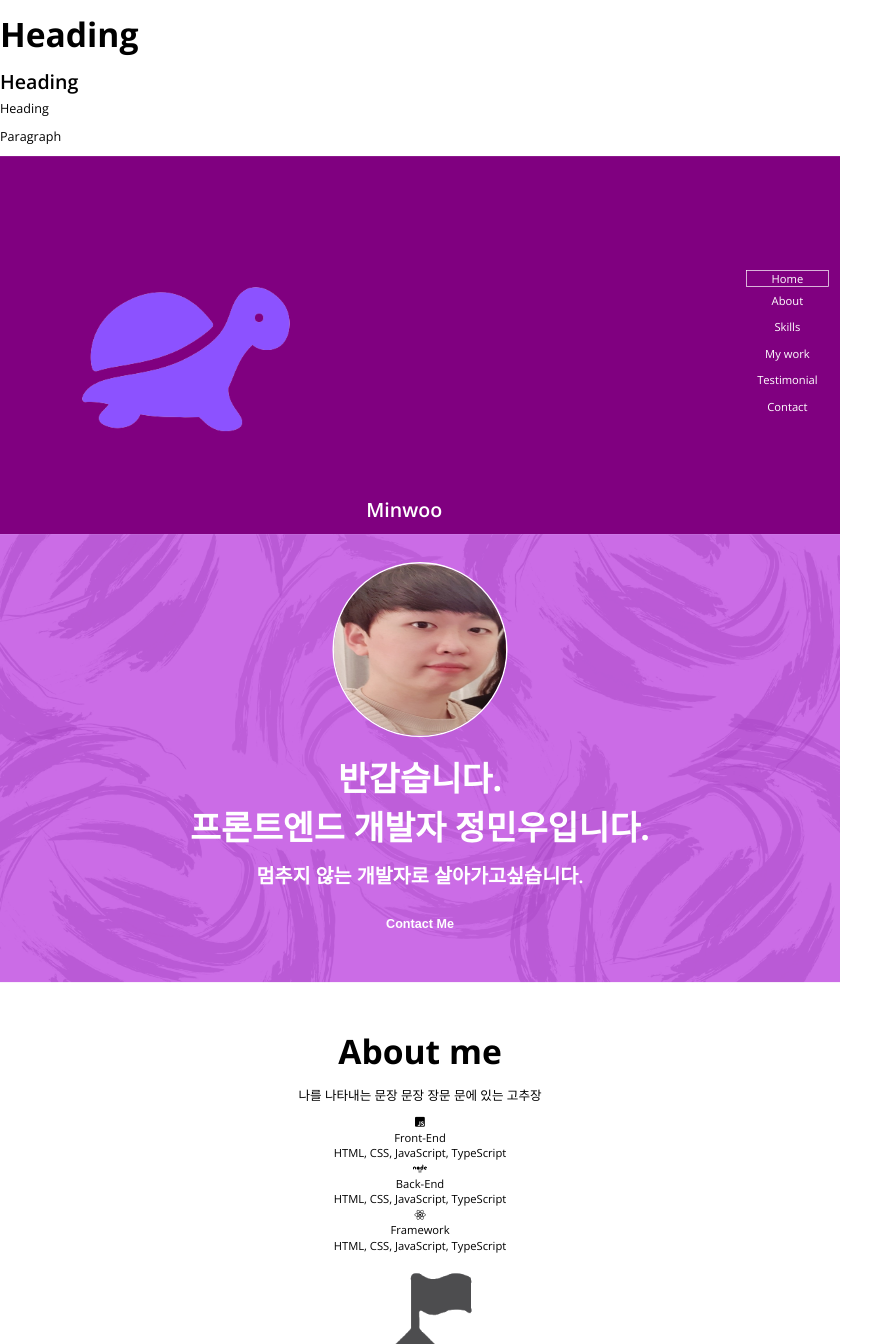
Repository: DevMinwoo-Jung/MinwooPortfolio
Page: index.html
The author's editor kept a copy of each file at every save. The page is drawn from the files as they stood at one save, then again after the next save.
The browser window is 1280 px wide. The pictures show the part of the page from y = 0 to 1920 px (the page is 7614 px tall), at 70% of full size.

Above is the page before, as saved 2021-05-31 14:31:47.

### index.html
<!DOCTYPE html>
<html lang="en">
<head>
  <meta charset="UTF-8">
  <meta http-equiv="X-UA-Compatible" content="IE=edge">
  <meta name="viewport" content="width=device-width, initial-scale=1.0">
  <title>Minwoo's Portfolio</title>
  <meta name="description" content="(will be) world-renowned Front-End Web developer Minwoo">
  <meta name="author" content= "Minwoo Jung">
  <link rel="icon" type ="image/png" href="imgs/favicon.png">
  <link rel="stylesheet" href="https://use.fontawesome.com/releases/v5.15.3/css/all.css" integrity="sha384-SZXxX4whJ79/gErwcOYf+zWLeJdY/qpuqC4cAa9rOGUstPomtqpuNWT9wdPEn2fk" crossorigin="anonymous">
  <link rel="preconnect" href="https://fonts.gstatic.com">
<link href="https://fonts.googleapis.com/css2?family=Open+Sans:wght@400;600;700&display=swap" rel="stylesheet">
<link rel="stylesheet" href="style.css">
<script src="main.js" defer></script>
</head>
<body>
  <h1>Heading</h1>
  <h2>Heading</h2>
  <h3>Heading</h3>
  <p>Paragraph</p>
  <!-- Navbar -->
  <nav id="navbar" class="section">
    <div class="navbar__logo">
      <img src="imgs/favicon.png" alt="">
      <a href="#">Minwoo</a>
    </div>
      <ul class="nvabar__menu">
        <li class="navbar__menu__item--active">Home</li>
        <li class="navbar__menu__item">About</li>
        <li class="navbar__menu__item">Skills</li>
        <li class="navbar__menu__item">My work</li>
        <li class="navbar__menu__item">Testimonial</li>
        <li class="navbar__menu__item">Contact</li>
      </ul>
  </nav>
  <!-- Home -->
  <section id="home" class="section">
    <img src="imgs/myPhoto.jpg" alt="Minwoo's profile photo" class="home__avatar">
    <h1 class="home__title">반갑습니다. <br> 프론트엔드 개발자 정민우입니다.</h1>
    <h2 class="home__description">멈추지 않는 개발자로 살아가고싶습니다.</h2>
    <button class="home__contact">Contact Me</button>
  </section>
  <!-- About -->
  <section id="about" class="section">
    <h1>About me</h1>
    <p>나를 나타내는 문장 문장 장문 문에 있는 고추장</p>
    <div class="about__majors">
      <div class="major">
        <div class="major__icon">
          <i class="fab fa-js-square"></i>
        </div>
        <div class="major__title">Front-End</div>
        <div class="major__description">
          HTML, CSS, JavaScript, TypeScript
        </div>
      </div>
      <div class="major">
        <div class="major__icon">
          <i class="fab fa-node"></i>
        </div>
        <div class="major__title">Back-End</div>
        <div class="major__description">
          HTML, CSS, JavaScript, TypeScript
        </div>
      </div>
      <div class="major">
        <div class="major__icon">
          <i class="fab fa-react"></i>
        </div>
        <div class="major__title">Framework</div>
        <div class="major__description">
          HTML, CSS, JavaScript, TypeScript
        </div>
      </div>
    </div>
    <div class="aoubt__jobs">
      <img src="imgs/school.png" alt="" class="job__logo">
      <p class="job__period">쌍용교육센터 - 2019.09 ~ 2020.04</p>
      <img src="imgs/school.png" alt="" class="job__logo">
      <p class="job__period">호서대학교 - 2012.02 ~ 2017.02</p>
    </div>



  </section>
  <!-- Skills -->
  <section id="skills" class="section">
    <h1>Skills</h1>
    <h2>Skills & Attributes</h2>
    <p>
      나를 잘 포장할 말을 쓰면 된다
    </p>
    <div class="skillset">
      <div class="skillset__left">
        <h3 class="skillset__title">Skills</h3>
        <div class="skill">
          <div class="skill__description">
            <span>HTML</span>
            <span>90%</span>
          </div>
          <div class="skill__bar">
            <div class="skill__value"></div>
          </div>
        </div>
        <div class="skill">
          <div class="skill__description">
            <span>JavaScript</span>
            <span>90%</span>
          </div>
          <div class="skill__bar">
            <div class="skill__value"></div>
          </div>
        </div>
        <div class="skill">
          <div class="skill__description">
            <span>CSS</span>
            <span>90%</span>
          </div>
          <div class="skill__bar">
            <div class="skill__value"></div>
          </div>
        </div>
        <div class="skill">
          <div class="skill__description">
            <span>TypeScript</span>
            <span>90%</span>
          </div>
          <div class="skill__bar">
            <div class="skill__value"></div>
          </div>
        </div>
        <div class="skill">
          <div class="skill__description">
            <span>NodeJs</span>
            <span>90%</span>
          </div>
          <div class="skill__bar">
            <div class="skill__value"></div>
          </div>
        </div>
      </div>
      <div class="skillset__right">
        <div class="tools">
          <h3 class="skillset__title">Tools</h3>
          <ul class="tools__list">
            <li><span>Visual Studio Code</span></li>
            <li><span>1</span></li>
            <li><span>2</span></li>
            <li><span>3</span></li>
            <li><span>4</span></li>
          </ul>
        </div>
        <div class="etc">
          <h3 class="skillset__title">Etc</h3>
          <ul class="etc__list">
            <li><span>Git</span></li>
            <li><span>Etc</span></li>
          </ul>
        </div>
      </div>
    </div>
  </section>
  <!-- Work -->
  <section id="work" class="section">
    <h1>My work</h1>
    <h3>Projects</h3>
    <div class="work__categories">
      <button class="category__btn">All <span class="category__count">8</span></button>
      <button class="category__btn">Front-End <span class="category__count">3</span></button>
      <button class="category__btn">React <span class="category__count">2</span></button>
      <button class="category__btn">vanilaJs <span class="category__count">2</span></button>
      <button class="category__btn">nodeJs <span class="category__count">1</span></button>
    </div>
    <div class="wrok__projects">
      <a href="mygithub" class="project__img" target="blank" data-type="back-end">
      <img src="imgs/favicon.png" alt="project1">
      <!-- 이미지 추후에 넣자 -->
      <div class="project__description">
        <h3>Proejct</h3>
        <span>Clone coding with HTML and CSS</span>
      </div>
      </a>
      <a href="mygithub" class="project__img" target="blank" data-type="back-end">
        <img src="imgs/favicon.png" alt="project1">
        <!-- 이미지 추후에 넣자 -->
        <div class="project__description">
          <h3>Proejct</h3>
          <span>Clone coding with HTML and CSS</span>
        </div>
        </a>
        <a href="mygithub" class="project__img" target="blank" data-type="back-end">
          <img src="imgs/favicon.png" alt="project1">
          <!-- 이미지 추후에 넣자 -->
          <div class="project__description">
            <h3>Proejct</h3>
            <span>Clone coding with HTML and CSS</span>
          </div>
          </a>
          <a href="mygithub" class="project__img" target="blank" data-type="back-end">
            <img src="imgs/favicon.png" alt="project1">
            <!-- 이미지 추후에 넣자 -->
            <div class="project__description">
              <h3>Proejct</h3>
              <span>Clone coding with HTML and CSS</span>
            </div>
            </a>
    </div>
  </section>
  <!-- Testimonials -->
  <section id="testimonials" class="section">
    <h1>Testmonials</h1>
    <h3>See what they say about me</h3>
    <div class="testmonials">
      <div class="testimonial">
        <img src="imgs/testimonail/people.jpg" alt="" class="testimonial__avatar">
        <div class="testimonail__speech-bubble">
          <p>qmffkqmffk</p>
          <p class="name"><a href="">이름</a>일한곳</p>
        </div>
      </div>
      <div class="testimonial">
        <img src="imgs/testimonail/people.jpg" alt="" class="testimonial__avatar">
        <div class="testimonail__speech-bubble">
          <p>qmffkqmffk</p>
          <p class="name"><a href="">이름</a>일한곳</p>
        </div>
      </div>
    </div>
  </section>
  <!-- Contact -->
  <section id="contact" class="section">
    <h1 class="contact__title">Let's talk</h1>
    <h2 class="contact__email">applejung312@gmail.com</h2>
    <div class="contact__links">
      <a href="https://github.com/DevMinwoo-Jung" target="_blank">
        <i class="fab fa-github"></i>
      </a>
      <a href="https://dev-minwoo.tistory.com/" target="_blank">
        <i class="fas fa-blog"></i>
      </a>
    </div>
    <p class="contact__right">
      2021 Minwoo Jung - All rights reseverd
    </p>
  </section>
</body>
</html>

### style.css
/* Global */
:root {
  /* Color */
  --color-white: #ffffff;
  --color-light-white: #eeeeee;
  --color-dark-white: #bdbdbd;
  --color-pink: #fe918d;
  --color-dark-pink: #ff6863;
  --color-dark-grey: #4d4d4d;
  --color-grey: #616161;
  --color-light-grey: #7c7979;
  --color-blue: #73aace;
  --color-yellow: #fff7d1;
  --color-orange: #feb546;
  --color-black: #000000;
  --color-dard-purple: rgb(78, 23, 69);

  /* Font size */
  --font-large: 48px;
  --font-medium: 28px;
  --font-regular: 18px;
  --font-small: 16px;
  --font-micro: 14px;

  /* Font weight */
  --weight-bold: 700;
  --weight-semi-bold: 600;
  --weight-regular: 400;

  /* Size */
  --size-border-radius: 4px;
}

/* Universal tags */
* {
  box-sizing: border-box;
}

/* Typography */
h1 {
  font-size: var(--font-large);
  font-weight: var(--weight-bold);
  color: var(--color-black);
  margin: 16px 0px;
}

h2 {
  font-size: var(--font-medium);
  font-weight: var(--weight-semi-bold);
  color: var(--color-black);
  margin: 8px 0;
}

h3 {
  font-size: var(--font-regular);
  font-weight: var(--weight-regular);
  color: var(--color-black);
  margin: 8px 0;
}

p {
  font-size: var(--font-regular);
  font-weight: var(--weight-regular);
  color: var(--color-black);
  margin: 16px 0;
}

body {
  margin: 0;
  font-family: "Open Sans", sans-serif;
  cursor: default;
}

a {
  text-decoration: none;
  color: var(--color-white);
}

ul {
  list-style: none;
  padding-left: 0;
}

li {
  list-style: none;
}

button {
  background-color: transparent;
  cursor: pointer;
  border: none;
  outline: none;
}

/* Navbar */
#navbar {
  display: flex;
  justify-content: space-between;
  background-color: purple;
  align-items: center;
  color: var(--color-white);
  padding: 16px;
}

.navbar__menu {
  display: flex;
}

.navbar__menu__item {
  padding: 8px 12px;
  margin: 0 4px;
  cursor: pointer;
  border-radius: var(--size-border-radius);
}

.navbar__logo {
  font-size: var(--font-medium);
  font-weight: var(--weight-semi-bold);
}

.navbar__menu__item--active {
  border: 1px solid var(--color-white);
}

.navbar__menu__item:hover {
  background-color: var(--color-dard-purple);
}

/* Home */
#home {
  background: url("imgs/background\ Img.png") center/cover no-repeat;
  padding: 40px;
  text-align: center;
}

.home__avatar {
  width: 250px;
  height: 250px;
  border-radius: 50%;
  border: 2px solid var(--color-white);
}

.home__title,
.home__description {
  color: var(--color-white);
}

.home__contact {
  color: var(--color-white);
  font-size: var(--font-regular);
  font-weight: var(--weight-bold);
  margin: 24px;
  padding: 8px 12px;
  border: 2px solid (var(--color-white));
  border-radius: var(--size-border-radius);
}

/* Section common */
.section {
  padding: 50px;
  text-align: center;
  max-width: 1200px;
}

Loaded but not shown: main.js (no copy from this time; the picture is the same without it)

After the next save:
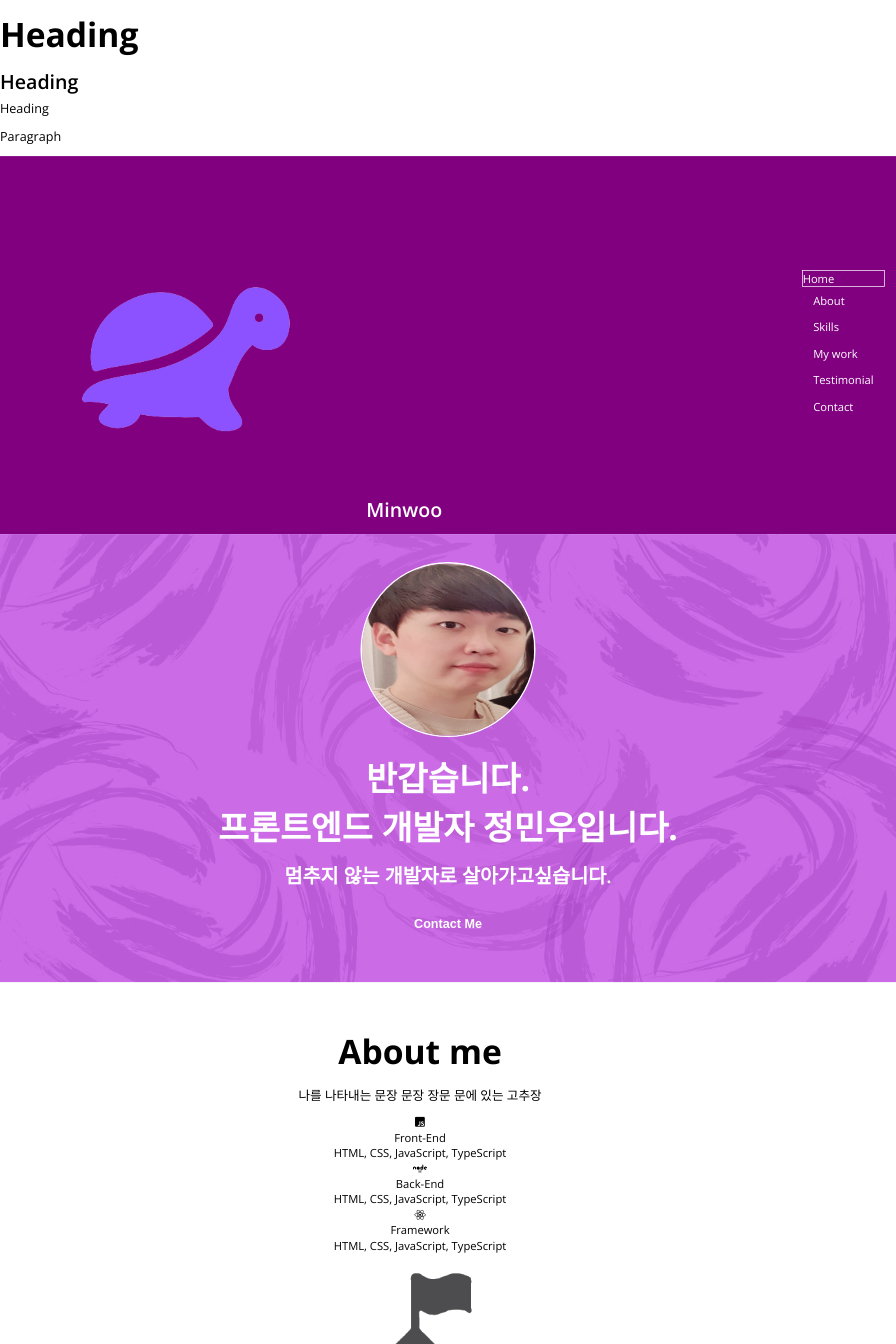
Saved 24 s later.
--- a/index.html
+++ b/index.html
@@ -20,7 +20,7 @@
   <h3>Heading</h3>
   <p>Paragraph</p>
   <!-- Navbar -->
-  <nav id="navbar" class="section">
+  <nav id="navbar">
     <div class="navbar__logo">
       <img src="imgs/favicon.png" alt="">
       <a href="#">Minwoo</a>
@@ -35,7 +35,7 @@
       </ul>
   </nav>
   <!-- Home -->
-  <section id="home" class="section">
+  <section id="home">
     <img src="imgs/myPhoto.jpg" alt="Minwoo's profile photo" class="home__avatar">
     <h1 class="home__title">반갑습니다. <br> 프론트엔드 개발자 정민우입니다.</h1>
     <h2 class="home__description">멈추지 않는 개발자로 살아가고싶습니다.</h2>
